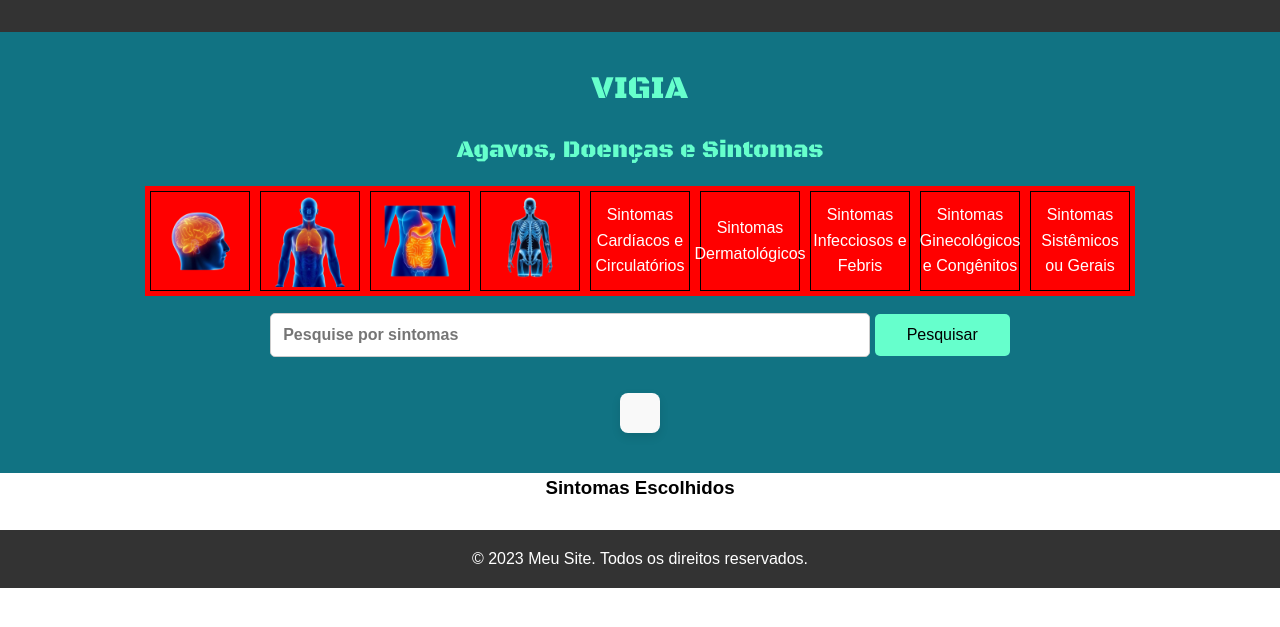
Repository: br-on/vigia
Page: index.html
An editor plug-in stored every save of this project. The page is shown before and after the next save, followed by the edit.
The browser window is 1280 px wide. The pictures show the whole page.
Some web fonts or font styles are not loaded; a fallback is used.

Above is the page before, as saved 2024-09-15 16:18:31.

### index.html
<!DOCTYPE html>
<html lang="pt-br">
<head>
  <meta charset="UTF-8">
  <meta name="viewport" content="width=device-width, initial-scale=1.0">
  <title>IA VIGILÂNCIA</title>
  <link rel="stylesheet" href="assets/style/style.css">
</head>
<body>
  <nav>
  </nav>
  <header class="search">
    <h1 class="black-ops-one-regular">VIGIA</h1>
    <h2 class="black-ops-one-regular">Agavos, Doenças e Sintomas</h2>
    <div class="grupos-sintomas">
      <div class="grupo-sintoma"><img src="/assets/img/grupos/neurologico.png" alt=""></div>
      <div class="grupo-sintoma"><img src="assets/img/grupos/respiratorio.png" alt=""></div>
      <div class="grupo-sintoma"><img src="assets/img/grupos/digestivo.png" alt=""></div>
      <div class="grupo-sintoma"><img src="assets/img/grupos/musculoesqueletico.png" alt=""></div>
      <div class="grupo-sintoma">Sintomas Cardíacos e Circulatórios</div>
      <div class="grupo-sintoma">Sintomas Dermatológicos</div>
      <div class="grupo-sintoma">Sintomas Infecciosos e Febris</div>
      <div class="grupo-sintoma">Sintomas Ginecológicos e Congênitos</div>
      <div class="grupo-sintoma">Sintomas Sistêmicos ou Gerais</div>
    </div><br>
    <input type="text" placeholder="Pesquise por sintomas" class="electrolize-regular" id="campo-pesquisa">
    <button onclick="pesquisar()">Pesquisar</button>
    <br>
    <div id="resultados-pesquisa" class="resultado-pesquisa-sintomas"></div>
  </header>
  <main>
    <center><h3>Sintomas Escolhidos</h3></center>
    <div id="sintomas-escolhidos">

      <!-- Sintomas escolhidos serão exibidos aqui -->
    </div>
    <div id="resultados-doencas">
      <!-- Resultados das doenças serão exibidos aqui -->
    </div>
  </main>
  <footer>
    <p>&copy; 2023 Meu Site. Todos os direitos reservados.</p>
  </footer>

  <script src="assets/script/sintomas.js"></script>
  <script src="assets/script/data.js"></script>
  <script src="assets/script/app.js"></script>
</body>
</html>

### assets/style/style.css
/* style.css */
@import url('https://fonts.googleapis.com/css2?family=Black+Ops+One&display=swap');
@import url('https://fonts.googleapis.com/css2?family=Electrolize&display=swap');

.black-ops-one-regular {
  font-family: "Black Ops One", system-ui;
  font-weight: 400;
  font-style: normal;
}

.electrolize-regular {
  font-family: "Electrolize", sans-serif;
  font-weight: 600;
  font-style: normal;
}

/* Estilos globais */
* {
    margin: 0;
    padding: 0;
    box-sizing: border-box;
}

html, body {
    height: 100%;
    margin: 0;
}

body {
    font-family: Arial, sans-serif;
    line-height: 1.6;
    margin: 0;
    padding: 0;

}

header, nav, footer {
    background-color: #333;
    color: #fff;
    text-align: center;
    padding: 1rem;
}

main {
    flex: 1;
}

h1, h2 {
    color: #66ffcc;
    margin-bottom: 1rem;
}

/* Estilo para o formulário de pesquisa */
.search {
    text-align: center;
    padding: 2rem 1rem;
    background-color: #117383;
}

.search input[type="text"] {
    margin-top: 15px;
    width: 600px;
    padding: 0.75rem;
    margin-bottom: 1rem;
    border: 1px solid #ccc;
    border-radius: 5px;
    font-size: 1rem;
}

.search button {
    padding: 0.75rem 2rem;
    background-color: #66ffcc;
    color: #000;
    border: none;
    border-radius: 5px;
    cursor: pointer;
    font-size: 1rem;
}

.search button:hover {
    background-color: #29a67c;
    color: rgb(255, 255, 255);
}

/* Estilo para resultados */
.results {
    padding: 2rem;
    background-color: #fff;
    text-align: center;
}

/* Estilo do rodapé */

footer {
    background-color: #333;
    color: white;
    padding: 1rem;
    text-align: center;
    position: relative;
    bottom: 0;
    width: 100%;
}

/* Media Queries para telas menores */
@media (max-width: 768px) {
    .search input[type="text"] {
        width: 100%;
    }

    .search button {
        width: 100%;
        margin-top: 1rem;
    }
}

@media (max-width: 480px) {
    h1 {
        font-size: 2rem;
    }

    h2 {
        font-size: 1.5rem;
    }

    footer {
        font-size: 0.9rem;
    }
}

/* Container principal dos resultados */
#resultados-pesquisa {

    max-height: 80vh; /* Limita a altura para que os resultados não ocupem a tela inteira */
    overflow-y: auto; /* Ativa a barra de rolagem vertical */
    padding: 20px;
    margin-top: 20px;
    border-radius: 8px;
    box-shadow: 0px 4px 10px rgba(0, 0, 0, 0.1); /* Sombra suave */
    background-color: #f9f9f9; /* Fundo claro */
}

/* Estilo dos itens de resultado */
.item-resultado {
    border: 1px solid #e0e0e0; /* Borda leve ao redor do item */
    border-radius: 8px; /* Bordas arredondadas */
    padding: 20px; /* Espaçamento interno */
    margin-bottom: 20px; /* Espaçamento entre os itens */
    background-color: #fff; /* Fundo branco para o item */
    box-shadow: 0px 4px 8px rgba(0, 0, 0, 0.05); /* Sombra leve */
    transition: transform 0.3s ease, box-shadow 0.3s ease; /* Transição suave */
}

/* Efeito hover nos itens */
.item-resultado:hover {
    transform: translateY(-5px); /* Eleva o item ao passar o mouse */
    box-shadow: 0px 6px 12px rgba(0, 0, 0, 0.15); /* Aumenta a sombra ao passar o mouse */
}

/* Título do item */
.item-resultado h2 {
    font-size: 1.8rem;
    margin-bottom: 10px;
    color: #333; /* Cor mais escura para o título */
    font-weight: bold;
}

/* Subtítulos (Descrição, Sintomas, etc.) */
.item-resultado h4 {
    font-size: 1.2rem;
    margin-top: 15px;
    margin-bottom: 8px;
    color: #555; /* Cor intermediária */
}

/* Texto descritivo */
.item-resultado .descricao-meta {
    font-size: 1rem;
    line-height: 1.5; /* Facilita a leitura */
    color: #666; /* Cor do texto */
    margin-bottom: 15px;
}

/* Links */
.item-resultado a {
    font-size: 1rem;
    color: #007bff; /* Cor azul padrão */
    text-decoration: none;
}

.item-resultado a:hover {
    text-decoration: underline; /* Sublinha ao passar o mouse */
}

/* Barra de rolagem estilizada */
#resultados-pesquisa::-webkit-scrollbar {
    width: 8px;
}

#resultados-pesquisa::-webkit-scrollbar-thumb {
    background-color: #888;
    border-radius: 10px;
}

#resultados-pesquisa::-webkit-scrollbar-thumb:hover {
    background-color: #555;
}


/* Adicione isto ao seu arquivo CSS */
#filtros-sintomas {
    width: 90%;
    margin: 0 auto; /* Centraliza a div horizontalmente */
    display: flex;
    flex-wrap: wrap; /* Faz com que os itens quebrem para a linha seguinte */
    gap: 10px; /* Espaço entre os itens */
    box-sizing: border-box;
}

#filtros-sintomas label {
    display: flex;
    align-items: center;
    margin-right: 10px; /* Espaço entre os labels */

}


.sintoma-item {
    padding: 10px;
    margin: 5px 0;
    border-radius: 5px;
    cursor: pointer;
    margin: 2px;
}

.sintoma-item:hover {
    opacity: 0.8;
}

#sintomas-escolhidos {
    display: inline-flex;
    flex-wrap: wrap;
    margin-top: 20px;
}

.sintoma-escolhido {
    background-color: #d4edda; /* Cor de fundo verde clara */
    border: 1px solid #c3e6cb;
    padding: 10px;
    margin: 5px 0;
    border-radius: 5px;
}

.resultado-pesquisa-sintomas {
    display: inline-flex;
    flex-wrap: wrap;
    align-items: center;
    justify-content: center;
}

.grupos-sintomas {
    background-color: red;
    display: inline-flex;
    flex-wrap: wrap;
    justify-content: center;
    align-items: center;
}

.grupo-sintoma {
    display: flex;
    justify-content: center;
    align-items: center;
    border: solid 1px black;
    margin: 5px;
    width: 100px;
    height: 100px;
}

.grupo-sintoma:hover, .grupo-sintoma img:hover {
    height: 125px;
    width: 125px;
    transition: 0.5s;
    cursor: pointer;
}

.grupo-sintoma img {
    width: 100px;
    height: 100px;
}

### assets/script/app.js
document.addEventListener('DOMContentLoaded', function() {
    // Carregar sintomas iniciais (se necessário)
});

function pesquisar() {
    let campoPesquisa = document.getElementById("campo-pesquisa").value.toLowerCase();
    let resultadosSintomasDiv = document.getElementById("resultados-pesquisa");
    resultadosSintomasDiv.innerHTML = ""; // Limpar resultados anteriores

    // Filtra sintomas que correspondem ao texto digitado
    let sintomasEncontrados = dataSintomas.filter(sintoma =>
        sintoma.titulo_sintoma.toLowerCase().includes(campoPesquisa) ||
        sintoma.grupo_sintoma.toLowerCase().includes(campoPesquisa)
    );

    // Exibir sintomas encontrados
    sintomasEncontrados.forEach(sintoma => {
        let divSintoma = document.createElement('div');
        divSintoma.className = 'sintoma-item';
        divSintoma.style.backgroundColor = getRandomColor(); // Função para cor de fundo aleatória
        divSintoma.textContent = sintoma.titulo_sintoma;
        divSintoma.addEventListener('click', () => adicionarSintomaEscolhido(sintoma));
        resultadosSintomasDiv.appendChild(divSintoma);
    });
}

function adicionarSintomaEscolhido(sintoma) {
    let sintomasEscolhidosDiv = document.getElementById("sintomas-escolhidos");
    let divEscolhido = document.createElement('div');
    divEscolhido.className = 'sintoma-escolhido';
    divEscolhido.textContent = sintoma.titulo_sintoma;
    sintomasEscolhidosDiv.appendChild(divEscolhido);

    // Remover o sintoma da lista de sintomas encontrados
    let sintomaItems = document.querySelectorAll('#resultados-pesquisa .sintoma-item');
    sintomaItems.forEach(item => {
        if (item.textContent === sintoma.titulo_sintoma) {
            item.remove();
        }
    });

    // Opcional: Se quiser mostrar as doenças relacionadas, chame uma função aqui
    mostrarDoencasRelacionadas();
}

function mostrarDoencasRelacionadas() {
    let sintomasEscolhidosDiv = document.getElementById("sintomas-escolhidos");
    let sintomasEscolhidos = Array.from(sintomasEscolhidosDiv.children).map(div => div.textContent);

    let resultadosDoencasDiv = document.getElementById("resultados-doencas");
    resultadosDoencasDiv.innerHTML = ""; // Limpar resultados anteriores

    dataDoencas.forEach(doenca => {
        let sintomasDoenca = doenca.sintomas.toLowerCase().split(',').map(s => s.trim());
        let correspondeSintomas = sintomasEscolhidos.every(s => sintomasDoenca.includes(s.toLowerCase()));

        if (correspondeSintomas) {
            resultadosDoencasDiv.innerHTML += `
                <div class="item-resultado">
                    <h2 class="black-ops-one-regular">${doenca.titulo}</h2>
                    <h4 class="electrolize-regular">Descrição</h4>
                    <p class="descricao-meta">${doenca.descricao}</p>
                    <h4 class="electrolize-regular">Sintomas</h4>
                    <p class="descricao-meta">${doenca.sintomas}</p>
                    <h4 class="electrolize-regular">Prevenção</h4>
                    <p class="descricao-meta">${doenca.prevencao}</p>
                    <h4 class="electrolize-regular">Tratamento</h4>
                    <p class="descricao-meta">${doenca.tratamento}</p>
                    <a href="${doenca.link}" target="_blank">${doenca.link}</a>
                </div>
            `;
        }
    });
}

// Função para gerar cor aleatória
function getRandomColor() {
    const letters = '0123456789ABCDEF';
    let color = '#';
    for (let i = 0; i < 6; i++) {
        color += letters[Math.floor(Math.random() * 16)];
    }
    return color;
}

Loaded but not shown: assets/script/data.js (373 lines, source omitted); assets/script/sintomas.js (470 lines, source omitted)

After the next save:
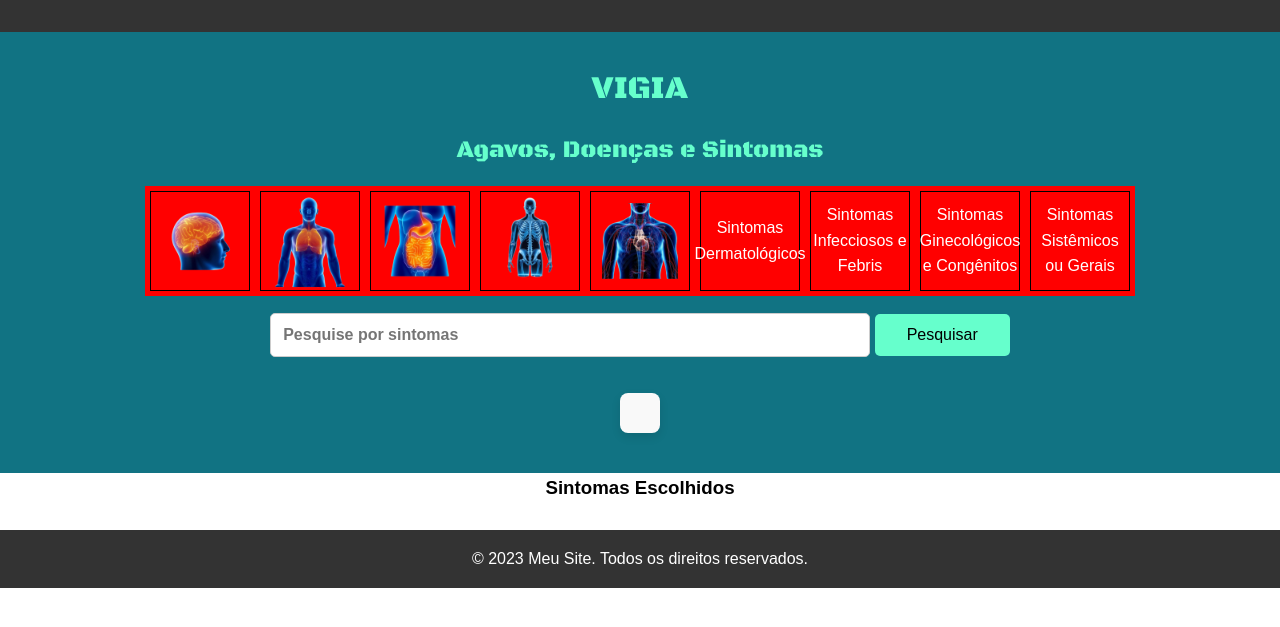
Saved 25 s later.
--- a/index.html
+++ b/index.html
@@ -17,7 +17,7 @@
       <div class="grupo-sintoma"><img src="assets/img/grupos/respiratorio.png" alt=""></div>
       <div class="grupo-sintoma"><img src="assets/img/grupos/digestivo.png" alt=""></div>
       <div class="grupo-sintoma"><img src="assets/img/grupos/musculoesqueletico.png" alt=""></div>
-      <div class="grupo-sintoma">Sintomas Cardíacos e Circulatórios</div>
+      <div class="grupo-sintoma"><img src="assets/img/grupos/cardiaco.png" alt=""></div>
       <div class="grupo-sintoma">Sintomas Dermatológicos</div>
       <div class="grupo-sintoma">Sintomas Infecciosos e Febris</div>
       <div class="grupo-sintoma">Sintomas Ginecológicos e Congênitos</div>
